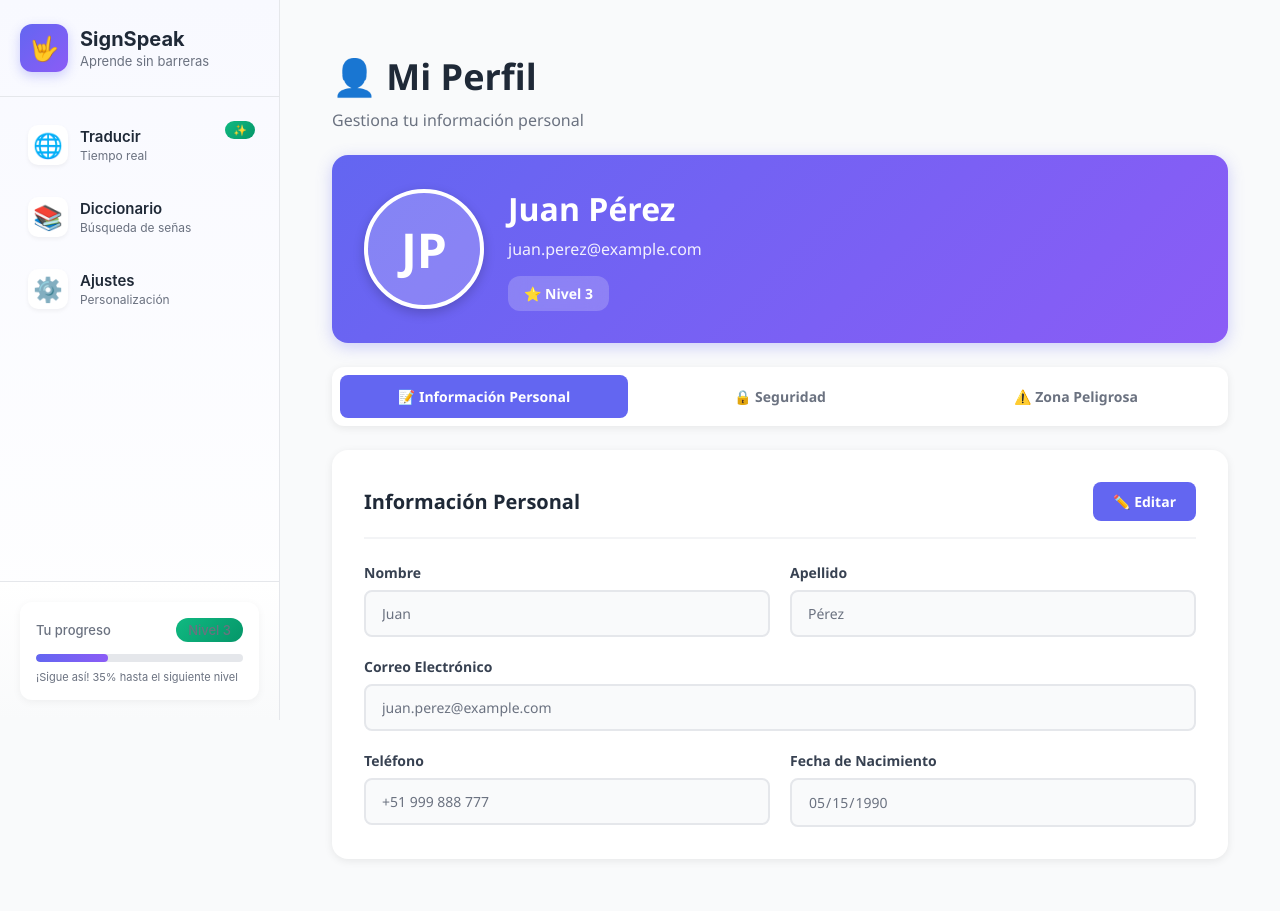
Repository: Aucarure/SignSpeak
Page: /profile (app in Usuario/frontend/)
An editor plug-in stored every save of this project. The page is shown before and after the next save, followed by the edit.
The browser window is 1280 px wide. The pictures show the whole page.
The project was rebuilt for these pictures with package versions that can differ from the ones it lists, and the page was loaded fresh each time. Also part of the build but not shown: Usuario/frontend/vite.config.js, Usuario/frontend/src/pages/Translator.jsx, Usuario/frontend/src/pages/Pages.css, Usuario/frontend/src/pages/Learn.jsx, Usuario/frontend/src/pages/Dictionary.jsx, Usuario/frontend/src/pages/Settings.jsx, Usuario/frontend/src/api/diccionario.js, Usuario/frontend/src/hooks/useDiccionario.js and 3 more.

Above is the page before, as saved 2025-12-04 17:20:38.

### Usuario/frontend/src/index.css
body {
  margin: 0;
  font-family: -apple-system, BlinkMacSystemFont, 'Segoe UI', 'Roboto', 'Oxygen',
    'Ubuntu', 'Cantarell', 'Fira Sans', 'Droid Sans', 'Helvetica Neue',
    sans-serif;
  -webkit-font-smoothing: antialiased;
  -moz-osx-font-smoothing: grayscale;
}

code {
  font-family: source-code-pro, Menlo, Monaco, Consolas, 'Courier New',
    monospace;
}

#root {
  min-height: 100vh;
}

### Usuario/frontend/src/App.jsx
import React from 'react';
import { BrowserRouter, Routes, Route, Navigate } from 'react-router-dom';
import MainLayout from './components/Layout/MainLayout';
import Translator from './pages/Translator';
import Learn from './pages/Learn';
import Dictionary from './pages/Dictionary';
import Settings from './pages/Settings';
import Profile from './pages/Profile';  // ✅ AGREGAR ESTA LÍNEA
import DiccionarioPage from './pages/diccionario/DiccionarioPage';
import './App.css';

function App() {
  return (
    <BrowserRouter>
      <Routes>
        <Route path="/" element={<MainLayout />}>
          <Route index element={<Navigate to="/traducir" replace />} />
          <Route path="aprender" element={<Learn />} />
          <Route path="traducir" element={<Translator />} />
          <Route path="diccionario" element={<DiccionarioPage />} />
          <Route path="ajustes" element={<Settings />} />
          <Route path="profile" element={<Profile />} />  {/* ✅ AGREGAR ESTA LÍNEA */}
        </Route>
      </Routes>
    </BrowserRouter>
  );
}

export default App;

### Usuario/frontend/src/components/Layout/MainLayout.jsx
import React from 'react';
import { Outlet } from 'react-router-dom';
import Sidebar from './Sidebar';
import './MainLayout.css';

function MainLayout() {
  return (
    <div className="main-layout">
      <Sidebar />
      <div className="content-area">
        <Outlet />
      </div>
    </div>
  );
}

export default MainLayout;

### Usuario/frontend/src/App.css
* {
  box-sizing: border-box;
  margin: 0;
  padding: 0;
}

body {
  font-family: -apple-system, BlinkMacSystemFont, 'Segoe UI', 'Roboto', 'Oxygen',
    'Ubuntu', 'Cantarell', 'Fira Sans', 'Droid Sans', 'Helvetica Neue',
    sans-serif;
  -webkit-font-smoothing: antialiased;
  -moz-osx-font-smoothing: grayscale;
  background: #f9fafb;
}

button {
  font-family: inherit;
}

.App {
  min-height: 100vh;
}


/* AGREGAR AL INICIO DE APP.CSS */

/* Reset global para eliminar espacios blancos */
* {
  margin: 0;
  padding: 0;
  box-sizing: border-box;
}

html {
  height: 100%;
  width: 100%;
}

body {
  height: 100%;
  width: 100%;
  margin: 0;
  padding: 0;
  overflow-x: hidden;
}

#root {
  min-height: 100vh;
  width: 100%;
  display: flex;
  flex-direction: column;
}

.App {
  min-height: 100vh;
  width: 100%;
  display: flex;
}

.app-container {
  display: flex;
  width: 100%;
  min-height: 100vh;
}

.main-content {
  flex: 1;
  min-height: 100vh;
  overflow-y: auto;
}

.sidebar {
  min-height: 100vh;
}

/* Modo oscuro - Sin espacios blancos */
html.dark-mode,
body.dark-mode {
  background-color: #0f172a !important;
}

body.dark-mode #root,
body.dark-mode .App,
body.dark-mode .app-container,
body.dark-mode .main-content {
  background-color: #0f172a !important;
}

### Usuario/frontend/src/components/Layout/Sidebar.jsx
import React from 'react';
import { useNavigate, useLocation } from 'react-router-dom';
import './Sidebar.css';

function Sidebar() {
  const navigate = useNavigate();
  const location = useLocation();

  const menuItems = [

    {
      id: 'translate',
      icon: '🌐',
      title: 'Traducir',
      subtitle: 'Tiempo real',
      path: '/traducir',
      badge: '✨'
    },
    {
      id: 'dictionary',
      icon: '📚',
      title: 'Diccionario',
      subtitle: 'Búsqueda de señas',
      path: '/diccionario'
    },
    {
      id: 'settings',
      icon: '⚙️',
      title: 'Ajustes',
      subtitle: 'Personalización',
      path: '/ajustes'
    }
  ];

  const isActive = (path) => location.pathname === path;

  return (
    <div className="sidebar">
      {/* Header */}
      <div className="sidebar-header">
        <div className="logo-container">
          <div className="logo-icon">🤟</div>
          <div className="logo-text">
            <h1>SignSpeak</h1>
            <p>Aprende sin barreras</p>
          </div>
        </div>
      </div>

      {/* Menu Items */}
      <nav className="sidebar-nav">
        {menuItems.map((item) => (
          <button
            key={item.id}
            className={`menu-item ${isActive(item.path) ? 'active' : ''}`}
            onClick={() => navigate(item.path)}
          >
            <div className="menu-icon">{item.icon}</div>
            <div className="menu-content">
              <span className="menu-title">{item.title}</span>
              <span className="menu-subtitle">{item.subtitle}</span>
            </div>
            {item.badge && <span className="menu-badge">{item.badge}</span>}
          </button>
        ))}
      </nav>

      {/* Progress Section */}
      <div className="sidebar-footer">
        <div className="progress-section">
          <div className="progress-header">
            <span>Tu progreso</span>
            <span className="progress-level">Nivel 3</span>
          </div>
          <div className="progress-bar-container">
            <div className="progress-bar" style={{ width: '35%' }}></div>
          </div>
          <p className="progress-text">¡Sigue así! 35% hasta el siguiente nivel</p>
        </div>
      </div>
    </div>
  );
}

export default Sidebar;

### Usuario/frontend/src/components/Layout/MainLayout.css
.main-layout {
  display: flex;
  min-height: 100vh;
  background: #f9fafb;
}

.content-area {
  flex: 1;
  margin-left: 280px;
  padding: 32px;
  overflow-y: auto;
}

@media (max-width: 768px) {
  .content-area {
    margin-left: 0;
    padding: 16px;
  }
}

### Usuario/frontend/src/components/Layout/Sidebar.css
.sidebar {
  width: 280px;
  height: 100vh;
  background: linear-gradient(180deg, #f8f9ff 0%, #ffffff 100%);
  border-right: 1px solid #e5e7eb;
  display: flex;
  flex-direction: column;
  position: fixed;
  left: 0;
  top: 0;
  overflow-y: auto;
}

/* Header */
.sidebar-header {
  padding: 24px 20px;
  border-bottom: 1px solid #e5e7eb;
}

.logo-container {
  display: flex;
  align-items: center;
  gap: 12px;
}

.logo-icon {
  width: 48px;
  height: 48px;
  background: linear-gradient(135deg, #6366f1 0%, #8b5cf6 100%);
  border-radius: 12px;
  display: flex;
  align-items: center;
  justify-content: center;
  font-size: 24px;
  box-shadow: 0 4px 12px rgba(99, 102, 241, 0.3);
}

.logo-text h1 {
  font-size: 20px;
  font-weight: 700;
  color: #1f2937;
  margin: 0;
}

.logo-text p {
  font-size: 13px;
  color: #6b7280;
  margin: 2px 0 0 0;
}

/* Navigation */
.sidebar-nav {
  flex: 1;
  padding: 16px 12px;
  display: flex;
  flex-direction: column;
  gap: 8px;
}

.menu-item {
  display: flex;
  align-items: center;
  gap: 12px;
  padding: 12px 16px;
  background: transparent;
  border: none;
  border-radius: 12px;
  cursor: pointer;
  transition: all 0.2s ease;
  text-align: left;
  position: relative;
}

.menu-item:hover {
  background: #f3f4f6;
}

.menu-item.active {
  background: linear-gradient(135deg, #e0e7ff 0%, #ddd6fe 100%);
  box-shadow: 0 2px 8px rgba(99, 102, 241, 0.2);
}

.menu-icon {
  font-size: 24px;
  width: 40px;
  height: 40px;
  display: flex;
  align-items: center;
  justify-content: center;
  background: white;
  border-radius: 10px;
  box-shadow: 0 2px 4px rgba(0, 0, 0, 0.05);
}

.menu-item.active .menu-icon {
  background: linear-gradient(135deg, #6366f1 0%, #8b5cf6 100%);
  box-shadow: 0 4px 12px rgba(99, 102, 241, 0.4);
}

.menu-content {
  flex: 1;
  display: flex;
  flex-direction: column;
}

.menu-title {
  font-size: 15px;
  font-weight: 600;
  color: #1f2937;
}

.menu-subtitle {
  font-size: 12px;
  color: #6b7280;
  margin-top: 2px;
}

.menu-badge {
  position: absolute;
  top: 8px;
  right: 12px;
  background: linear-gradient(135deg, #10b981 0%, #059669 100%);
  color: white;
  padding: 2px 8px;
  border-radius: 12px;
  font-size: 11px;
  font-weight: 600;
}

/* Footer Progress */
.sidebar-footer {
  padding: 20px;
  border-top: 1px solid #e5e7eb;
  background: linear-gradient(180deg, #ffffff 0%, #f9fafb 100%);
}

.progress-section {
  background: white;
  padding: 16px;
  border-radius: 12px;
  box-shadow: 0 2px 8px rgba(0, 0, 0, 0.05);
}

.progress-header {
  display: flex;
  justify-content: space-between;
  align-items: center;
  margin-bottom: 12px;
}

.progress-header span {
  font-size: 13px;
  color: #6b7280;
  font-weight: 500;
}

.progress-level {
  background: linear-gradient(135deg, #10b981 0%, #059669 100%);
  color: white;
  padding: 4px 12px;
  border-radius: 12px;
  font-size: 12px;
  font-weight: 600;
}

.progress-bar-container {
  height: 8px;
  background: #e5e7eb;
  border-radius: 4px;
  overflow: hidden;
  margin-bottom: 8px;
}

.progress-bar {
  height: 100%;
  background: linear-gradient(90deg, #6366f1 0%, #8b5cf6 100%);
  border-radius: 4px;
  transition: width 0.3s ease;
}

.progress-text {
  font-size: 11px;
  color: #6b7280;
  margin: 0;
}

/* Scrollbar */
.sidebar::-webkit-scrollbar {
  width: 6px;
}

.sidebar::-webkit-scrollbar-track {
  background: transparent;
}

.sidebar::-webkit-scrollbar-thumb {
  background: #d1d5db;
  border-radius: 3px;
}

.sidebar::-webkit-scrollbar-thumb:hover {
  background: #9ca3af;
}

Loaded but not shown: Usuario/frontend/index.html (common file); Usuario/frontend/src/main.jsx (common file); Usuario/frontend/src/pages/Profile.jsx (836 lines, source omitted)

After the next save:
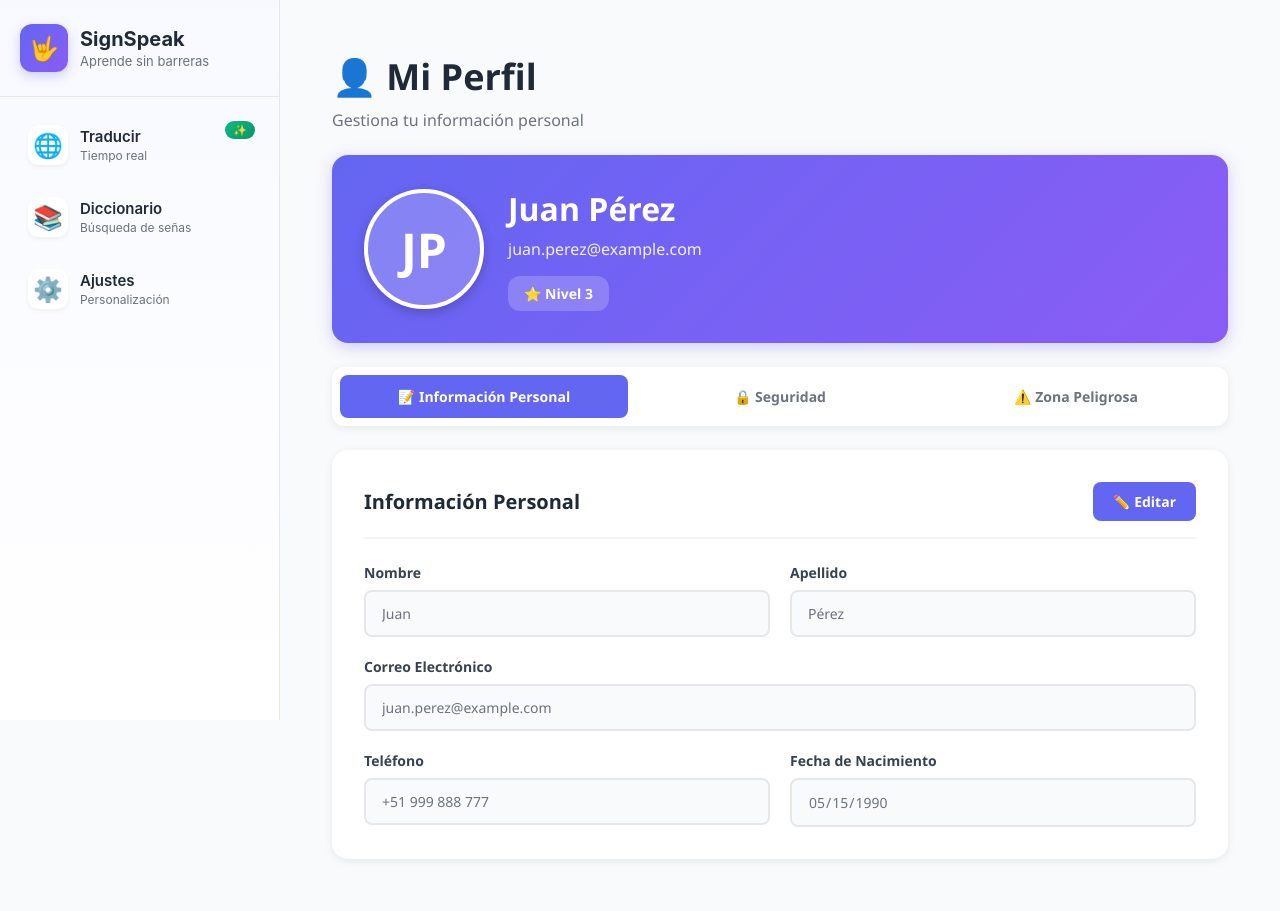
Saved 12 s later.
--- a/Usuario/frontend/src/components/Layout/Sidebar.jsx
+++ b/Usuario/frontend/src/components/Layout/Sidebar.jsx
@@ -65,19 +65,7 @@ function Sidebar() {
         ))}
       </nav>
 
-      {/* Progress Section */}
-      <div className="sidebar-footer">
-        <div className="progress-section">
-          <div className="progress-header">
-            <span>Tu progreso</span>
-            <span className="progress-level">Nivel 3</span>
-          </div>
-          <div className="progress-bar-container">
-            <div className="progress-bar" style={{ width: '35%' }}></div>
-          </div>
-          <p className="progress-text">¡Sigue así! 35% hasta el siguiente nivel</p>
-        </div>
-      </div>
+
     </div>
   );
 }
